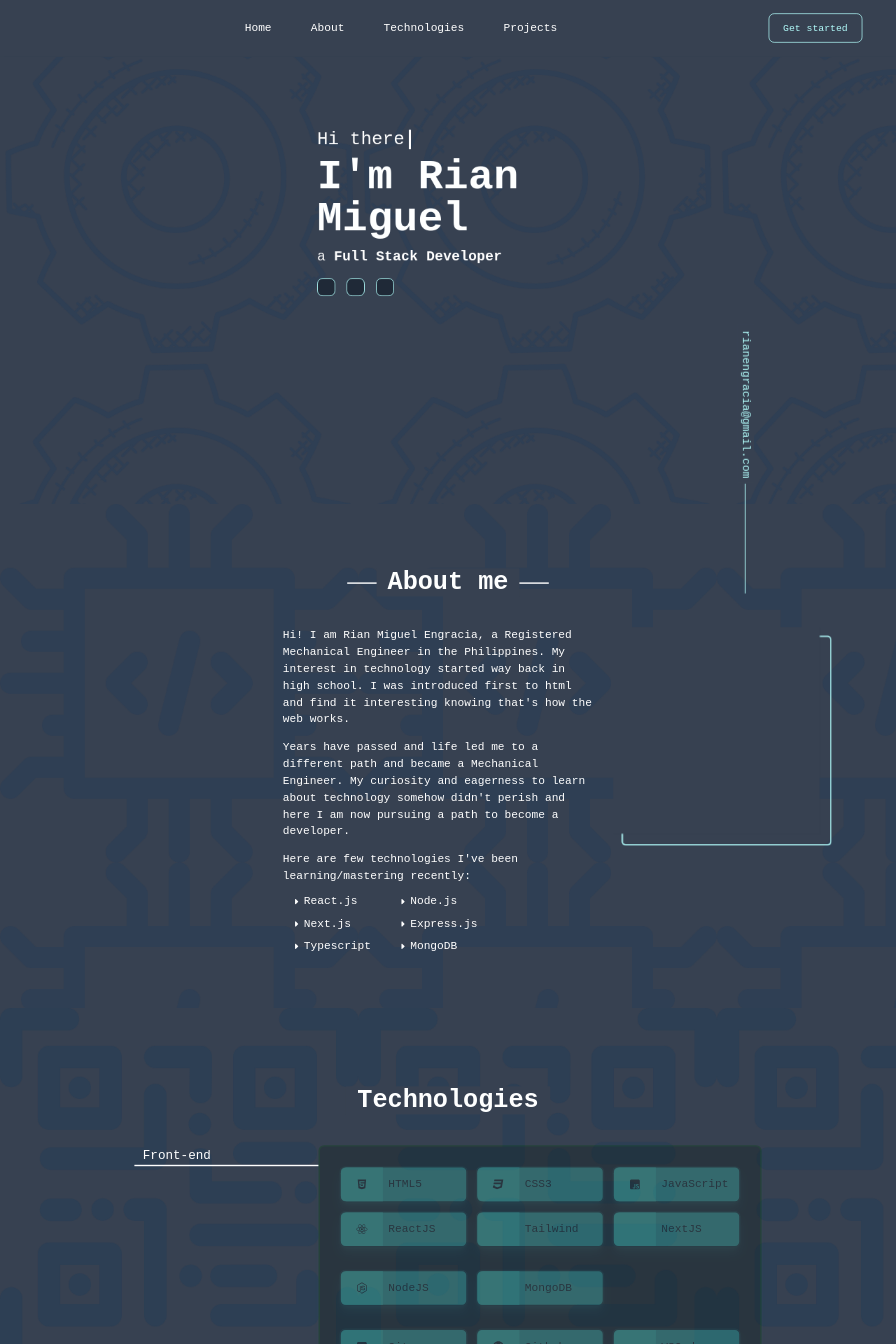
Repository: riandev25/nextjs-portfolio
Page: /
An editor plug-in stored every save of this project. The page is shown before and after the next save, followed by the edit.
The browser window is 1280 px wide. The pictures show the part of the page from y = 0 to 1920 px (the page is 2880 px tall), at 70% of full size.
Backgrounds fixed to the window are drawn as part of the page. The project was rebuilt for these pictures with package versions that can differ from the ones it lists, and the page was loaded fresh each time. The framework's server and built-in components were replaced by stand-ins that run in the browser. Also part of the build but not shown: next.config.js, components/Home/Keyboard/index.module.css, components/Home/Keyboard/index.jsx.

Above is the page before, as saved 2022-11-13 10:48:36.

### pages/_app.jsx
import Head from 'next/head';
import link from 'next/link';
import '../styles/globals.css';

import Layout from '../components/Layout';
import { ParallaxProvider } from 'react-scroll-parallax';

function MyApp({ Component, pageProps }) {
  return (
    <ParallaxProvider>
      <Head>
        <title>Rian Miguel Engracia</title>
        <meta name='viewport' content='initial-scale=1.0, width=device-width' />
        <link
          rel='apple-touch-icon'
          sizes='180x180'
          href='/apple-touch-icon.png'
        />
        <link
          rel='icon'
          type='image/png'
          sizes='32x32'
          href='/favicon-32x32.png'
        />
        <link
          rel='icon'
          type='image/png'
          sizes='16x16'
          href='/favicon-16x16.png'
        />
        <link rel='manifest' href='/site.webmanifest' />
        <link rel='mask-icon' href='/safari-pinned-tab.svg' color='#5bbad5' />
        <meta name='msapplication-TileColor' content='#2d89ef' />
        <meta name='theme-color' content='#ffffff' />
      </Head>
      <Layout>
        <Component {...pageProps} />
      </Layout>
    </ParallaxProvider>
  );
}

export default MyApp;

### pages/index.jsx
import Head from 'next/head';
import Image from 'next/image';
import Home from '../components/Home/Home';
import { Fragment } from 'react';
import Header from '../components/Header';
import About from '../components/About';
import Technologies from '../components/Technologies';
import Projects from '../components/Projects';

export default function Page() {
  return (
    <Fragment>
      <Header />
      <Home />
      <About />
      <Technologies />
      <Projects title='Projects' />
    </Fragment>
  );
}

### styles/globals.css
@tailwind base;
@tailwind components;
@tailwind utilities;

html,
body {
  padding: 0;
  margin: 0;
  /* font-family: 'Roboto', sans-serif; */
  font-family: monospace, sans-serif;
}

a {
  color: inherit;
  text-decoration: none;
}

* {
  box-sizing: border-box;
}

.image-filter {
  /* filter: invert(93%) sepia(19%) saturate(586%) hue-rotate(121deg)
    brightness(102%) contrast(97%); */
  filter: invert(93%) sepia(69%) saturate(347%) hue-rotate(120deg)
    brightness(104%) contrast(97%);
  opacity: 0.3;
  transition: filter 0.3s, opacity 0.3s;
}

.image-filter:hover {
  filter: none;
  opacity: 1;
}

@media (prefers-color-scheme: dark) {
  html {
    color-scheme: dark;
  }
  body {
    color: white;
    background: black;
  }
}

### components/Layout/index.jsx
import Header from '../Header';
import Email from '../Header/Email';

const Layout = ({ children }) => {
  return (
    <div className='relative w-full h-full bg-gray-700' dir='ltr'>
      <Header />
      <Email />
      {children}
    </div>
  );
};

export default Layout;

### components/Home/Home.jsx
import Link from 'next/link';
import Image from 'next/future/image';
import { useParallax } from 'react-scroll-parallax';
import styles from './index.module.css';
import DevImage from '../../assets/images/dev-image.svg';
import GithubImage from '../../assets/images/github-neon-fill.png';
import LinkedinImage from '../../assets/images/linkedin-neon-fill.png';
import FacebookImage from '../../assets/images/facebook-neon-fill.png';
import Keyboard from './Keyboard';
import { useState } from 'react';

export const images = [
  {
    id: 'github',
    imgSrc: GithubImage,
    link: 'https://github.com/riandev25',
  },
  {
    id: 'linkedin',
    imgSrc: LinkedinImage,
    link: 'https://www.linkedin.com/in/rian-miguel-engracia/',
  },
  {
    id: 'facebook',
    imgSrc: FacebookImage,
    link: 'https://web.facebook.com/rianmiguel.engracia',
  },
  {
    id: 'email',
    email: 'rianengracia@gmail.com',
  },
];

const nameArray = ['I', '&apos;', 'm', ' ', 'R', 'i', 'a', 'n'];
const jobArray = [
  'f',
  'u',
  'l',
  'l',
  ' ',
  's',
  't',
  'a',
  'c',
  'k',
  ' ',
  'd',
  'e',
  'v',
  'e',
  'l',
  'o',
  'p',
  'e',
  'r',
];

const Home = () => {
  const { ref } = useParallax({
    translateY: [-100, 30, 'easeInOut'],
  });
  const [keyboard, setKeyboard] = useState(true);
  return (
    <header className='flex justify-center items-center w-full h-screen px-20 bg-fixed bg-repeat bg-bg_gear_image'>
      <section ref={ref} className='w-4/12 space-y-4'>
        <div className='flex flex-col gap-2.5 place-items-start'>
          <h1 className={`text-xl font-thin text-white ${styles.typingLet}`}>
            Hi there!
          </h1>
          <h1 className='text-6xl font-bold animate-neon_text'>
            I&apos;m Rian Miguel
          </h1>
          <h1 className='text-xl text-white font-bold'>
            <span className='text-xl font-thin'>a</span> Full Stack Developer
          </h1>
        </div>
        <ul className='flex flex-row gap-4'>
          {images.map((item) => {
            if (item.id === 'email') return;
            return (
              <li
                className='block p-3 bg-gray-800 border rounded-lg border-[#b2fcfb] transition-all hover:scale-110'
                key={item.id}
              >
                <Link href={item.link} legacyBehavior>
                  <a className=''>
                    <Image
                      className=''
                      src={item.imgSrc}
                      alt={item.id}
                      width={20}
                      height={20}
                      sizes='5vw'
                    />
                  </a>
                </Link>
              </li>
            );
          })}
        </ul>
      </section>
      <section className='hidden lg:flex max-w-2xl h-full justify-center items-center'>
        <Image
          src={DevImage}
          alt='dev-image'
          width={500}
          height={500}
          sizes='(max-width: 768px) 50vw'
        />
        {/* <Keyboard /> */}
      </section>
    </header>
  );
};

export default Home;

### components/Header/index.jsx
import Logo from '../Logo';
import Navbar from './Navbar';
import { FontAwesomeIcon } from '@fortawesome/react-fontawesome';
import { faBars } from '@fortawesome/free-solid-svg-icons';

const Header = () => {
  return (
    <nav className='px-8 py-1 bg-gray-700 dark:bg-gray-900 fixed w-full z-50 top-0 left-0 border-b shadow-sm border-gray-700 md:px-12 md:py-3 dark:border-gray-600'>
      <div className='flex flex-row justify-between items-center w-full'>
        <section className=''>
          <Logo />
        </section>

        <div className='flex md:order-2'>
          <button
            type='button'
            className='hidden lg:flex bg-transparent text-[#b2fcfb] border border-[#b2fcfb] hover:bg-[#b2fcfb] hover:opacity-40 transition-all font-medium rounded-lg text-sm px-5 py-2.5 text-center mr-3 md:mr-0 dark:bg-blue-600 dark:hover:bg-blue-700 dark:focus:ring-blue-800'
          >
            Get started
          </button>
          <button
            data-collapse-toggle='navbar-sticky'
            type='button'
            className='cursor-pointer inline-flex items-center p-2 text-sm bg-white rounded-lg md:hidden hover:bg-gray-400 focus:outline-none focus:ring-2 focus:ring-gray-200 dark:text-gray-400 dark:hover:bg-gray-700 dark:focus:ring-gray-600'
            aria-controls='navbar-sticky'
            aria-expanded='false'
          >
            <span className='sr-only'>Open main menu</span>
            <FontAwesomeIcon icon={faBars} className='text-gray-800' />
          </button>
        </div>
        <Navbar />
      </div>
    </nav>
  );
};

export default Header;

### components/About/index.jsx
import Image from 'next/future/image';
import PageHeader from '../PageHeader';
import { FontAwesomeIcon } from '@fortawesome/react-fontawesome';
import { faCaretRight } from '@fortawesome/free-solid-svg-icons';
import ProgrammerImage from '../../assets/images/programmer.jpg';
import { useParallax } from 'react-scroll-parallax';

const technologies = [
  'React.js',
  'Node.js',
  'Next.js',
  'Express.js',
  'Typescript',
  'MongoDB',
];

const About = () => {
  return (
    <div className='pt-4 w-full h-screen flex flex-col gap-11 justify-center items-center text-white px-20 bg-bg_chip_image bg-fixed'>
      <PageHeader title='About me' />
      <div className='max-w-3xl flex flex-row gap-6'>
        <section className='max-w-md flex flex-col gap-4'>
          <p>
            Hi! I am Rian Miguel Engracia, a Registered Mechanical Engineer in
            the Philippines. My interest in technology started way back in high
            school. I was introduced first to html and find it interesting
            knowing that&apos;s how the web works.
          </p>
          <p>
            Years have passed and life led me to a different path and became a
            Mechanical Engineer. My curiosity and eagerness to learn about
            technology somehow didn&apos;t perish and here I am now pursuing a
            path to become a{' '}
            <span className='text-[neon-green] no-underline decoration-[neon-green] underline-offset-4 decoration-2 hover:underline'>
              developer
            </span>
            .
          </p>
          <div className='flex flex-col gap-3'>
            <p>
              Here are few technologies I&apos;ve been learning/mastering
              recently:
            </p>
            <ul className='grid grid-cols-3 gap-2'>
              {technologies.map((item, i) => {
                return (
                  <li
                    key={item}
                    className={`${(i + 1) % 2 === 0 ? 'col-span-2' : ''}
                    } flex justify-start items-center gap-2 pl-4`}
                  >
                    <FontAwesomeIcon icon={faCaretRight} className='w-1.5' />
                    <span className=''>{item}</span>
                  </li>
                );
              })}
            </ul>
          </div>
        </section>
        <section className='relative'>
          <div className='absolute z-20 w-[295px] h-[295px] bg-gray-700'></div>
          <Image
            className='relative z-30 rounded-md image-filter bg-[#b2fcfb] border-2 peer'
            src={ProgrammerImage}
            alt='developer'
            width={300}
            height={300}
            priority='false'
            sizes='(max-width: 768px) 100vw, 50vw'
          />
          <div className='absolute top-0 left-0 w-[300px] h-[300px] bg-transparent border-2 border-[#b2fcfb] transition-duration-300 delay-300 ease-in-out translate-x-3 translate-y-3 z-10 rounded-md peer-hover:translate-x-2 peer-hover:translate-y-2 '></div>
        </section>
      </div>
    </div>
  );
};

export default About;

### components/Projects/index.jsx
import Link from 'next/link';
import Image from 'next/future/image';
import PageHeader from '../PageHeader';
import WeatherImage from '../../assets/images/weather-app.png';
import { FontAwesomeIcon } from '@fortawesome/react-fontawesome';
import { faGithubAlt } from '@fortawesome/free-brands-svg-icons';
import { faSquareArrowUpRight } from '@fortawesome/free-solid-svg-icons';
import Links from './Links';

const TECH_WEATHER = ['HTML', 'CSS', 'Javascript'];
const WEATHER = [
  {
    id: 1,
    icon: faGithubAlt,
    link: 'https://riandev25.github.io/js-weather-app/dist/',
  },
  {
    id: 2,
    icon: faSquareArrowUpRight,
    link: 'https://riandev25.github.io/js-weather-app/dist/',
  },
];

const Projects = () => {
  return (
    <div className='pt-4 flex flex-col w-full h-screen gap-11 justify-center items-center text-white px-20 bg-bg_binary_image bg-fixed'>
      <PageHeader title='Projects' />
      <div className='flex flex-row justify-center items-center max-w-full '>
        <section className='z-10 relative w-[35rem] aspect-[17/11] bg-green-100 flex-auto flex'>
          <Image
            src={WeatherImage}
            alt='weather-app'
            fill
            className='object-cover absolute'
          />
        </section>
        <section
          className='z-20 w-[23rem] overflow-visible bg-red-400 space-y-4 lg:w=[28rem]'
          dir='rtl'
        >
          <div className='flex flex-col justify-end items-end' dir='ltr'>
            <h2 className='text-neon text-right'>Featured Project</h2>
            <h1 className='text-xl font-bold text-right'>
              Weather Application
            </h1>
          </div>
          <div className='w-[34rem] bg-gray-800 p-7 pl-9 pr-5 rounded-sm'>
            <p className='text-right'>
              A fully responsive weather application. I built this project to
              enhance vanilla javascript skills and dom manipulation. Open
              location of your device for better user experience.
            </p>
          </div>
          <ul
            className='flex flex-row justify-end items-center gap-4'
            dir='ltr'
          >
            {TECH_WEATHER.map((item) => {
              return <li key={item}>{item}</li>;
            })}
          </ul>
          <Links array={WEATHER} />
        </section>
      </div>
    </div>
  );
};

export default Projects;

### components/Header/Email.jsx
import Link from 'next/link';
import Image from 'next/image';
import { images } from '../Home/Home';

const Email = () => {
  return (
    <aside className='fixed bottom-64 right-0 origin-bottom-left rotate-90'>
      <div className='flex justify-center items-center relative'>
        <Link href='' legacyBehavior>
          <a className='z-50 transition-all text-[#b2fcfb] bg-gray-700 px-2 hover:text-[#68fffc] hover:scale-110'>
            rianengracia@gmail.com
          </a>
        </Link>
        <div className='w-96 bg-[#b2fcfb] absolute top-1/2 left-0 h-px'></div>
      </div>
    </aside>
  );
};

export default Email;

### components/Home/index.module.css
.typingLet {
  width: 134px;
  animation: typing 2s steps(12), blink 0.5s step-end infinite alternate;
  white-space: nowrap;
  overflow: hidden;
  border-right: 3px solid;
  font-family: monospace;
  font-size: 2em;
}

@keyframes typing {
  from {
    width: 0;
  }
}

@keyframes blink {
  50% {
    border-color: transparent;
  }
}

### components/Logo/index.jsx
import Image from 'next/future/image';
import LogoImage from '../../assets/images/logo.svg';
import LogoDark from '../../assets/images/logo-dark.svg';
import LogoLight from '../../assets/images/logo-light.svg';
import {
  faAngleLeft,
  faGear,
  faforward,
} from '@fortawesome/free-solid-svg-icons';
import { FontAwesomeIcon } from '@fortawesome/react-fontawesome';

const Logo = () => {
  return (
    <div className='flex items-center relative'>
      <Image
        src={LogoImage}
        alt='logo'
        width={185}
        height={55}
        className='hidden md:flex'
        sizes='(max-width: 768px) 15vw'
      />
      {/* <Image
        src={LogoLight}
        alt='logo-light'
        width={50}
        height={50}
        className='flex md:hidden'
        sizes='(max-width: 768px) 15vw'
      /> */}
    </div>
  );
};

export default Logo;

### components/Header/Navbar.jsx
import Link from 'next/link';

const Navbar = () => {
  const data = [
    {
      id: 'Home',
    },
    {
      id: 'About',
    },
    {
      id: 'Technologies',
    },
    {
      id: 'Projects',
    },
  ];
  return (
    <div
      className='hidden absolute top-0 right-0 justify-between items-center w-full md:flex md:relative md:w-auto md:order-1'
      id='navbar-sticky'
    >
      <ul className='flex flex-col justify-center items-center flex-auto rounded-lg md:justify-between md:flex-row md:space-x-12 md:p-2 md:mt-0 md:text-sm md:font-medium md:border-0 dark:bg-gray-800 md:dark:bg-gray-900 dark:border-gray-700'>
        {data.map((item) => {
          return (
            <li key={item.id} className='relative group'>
              <Link href={item.id}>
                <a
                  className='block py-2 px-1 text-base font-extralight text-white dark:text-white'
                  // aria-current='page'
                >
                  {item.id}
                </a>
              </Link>

              <span className='z-50 absolute bottom-1.5 w-0 h-[1px] bg-white transition-all md:group-hover:w-full'></span>
            </li>
          );
        })}
      </ul>
    </div>
  );
};

export default Navbar;

### components/PageHeader/index.jsx
const PageHeader = ({ title }) => {
  return (
    <div className='relative overflow-visible flex justify-center items-center'>
      <h1 className='relative z-10 w-full text-4xl font-bold flex flex-start bg-gray-700 px-4 animate-neon_text'>
        {title}
      </h1>
      <span className='absolute top-1/2 w-72 h-0.5 bg-white animated-neon_bg'></span>
    </div>
  );
};

export default PageHeader;

### components/Projects/Links.jsx
import Link from 'next/link';
import { FontAwesomeIcon } from '@fortawesome/react-fontawesome';

const Links = ({ array }) => {
  array.map((item) => {
    return (
      <ul key={item.id} className='flex flex-row'>
        <li>
          <Link href={item.link} passHref>
            <a>
              <FontAwesomeIcon icon={item.icon} className='text-white w-3' />
            </a>
          </Link>
        </li>
      </ul>
    );
  });
};

export default Links;

// 'https://riandev25.github.io/js-weather-app/dist/'

Loaded but not shown: tailwind.config.js (60 lines, source omitted); pages/_document.js (24 lines, source omitted); components/Technologies/index.jsx (206 lines, source omitted)

After the next save:
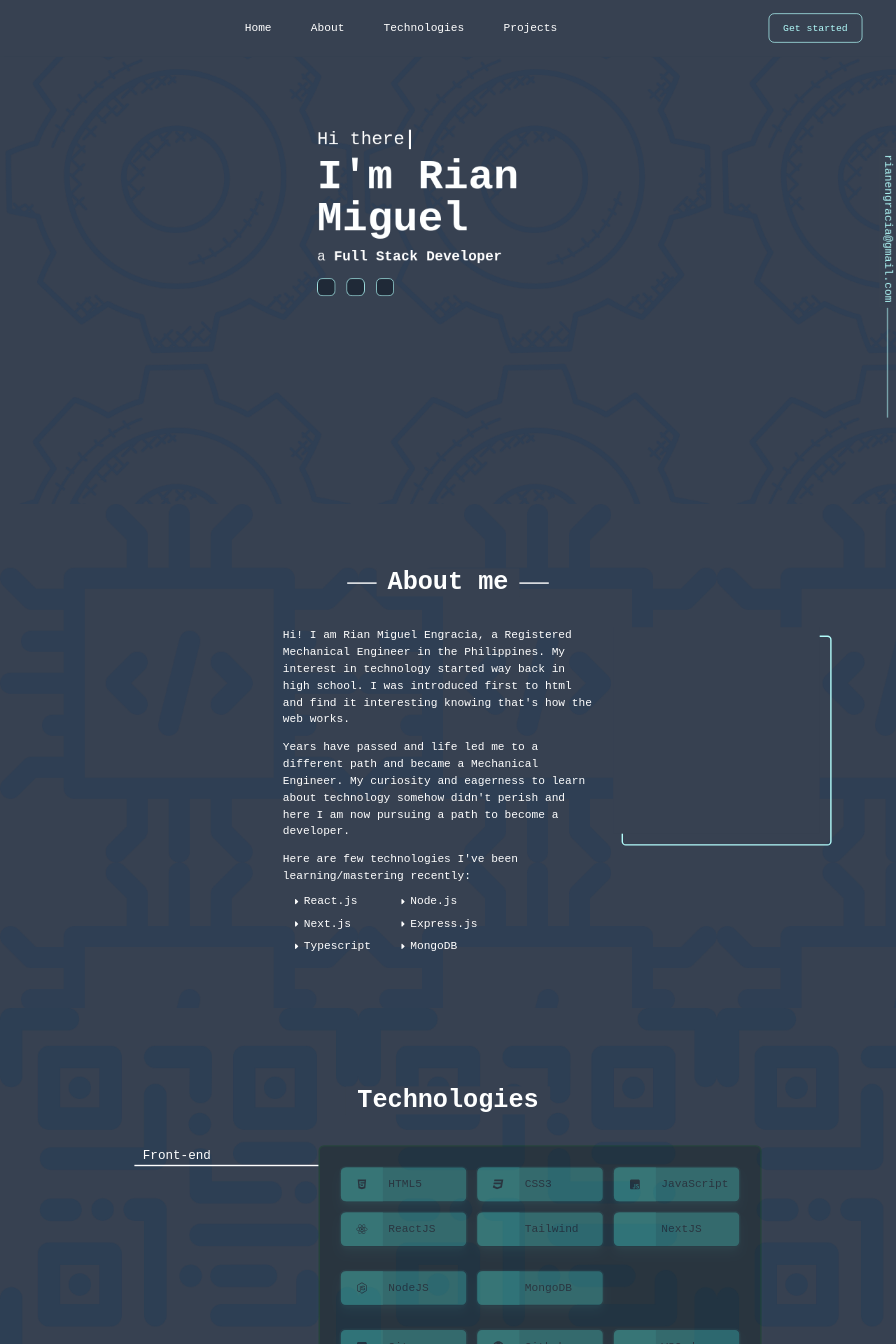
Saved 15 s later.
--- a/components/Header/Email.jsx
+++ b/components/Header/Email.jsx
@@ -4,7 +4,7 @@ import { images } from '../Home/Home';
 
 const Email = () => {
   return (
-    <aside className='fixed bottom-64 right-0 origin-bottom-left rotate-90'>
+    <aside className='fixed bottom-64 right-0 origin-top-right rotate-90'>
       <div className='flex justify-center items-center relative'>
         <Link href='' legacyBehavior>
           <a className='z-50 transition-all text-[#b2fcfb] bg-gray-700 px-2 hover:text-[#68fffc] hover:scale-110'>
